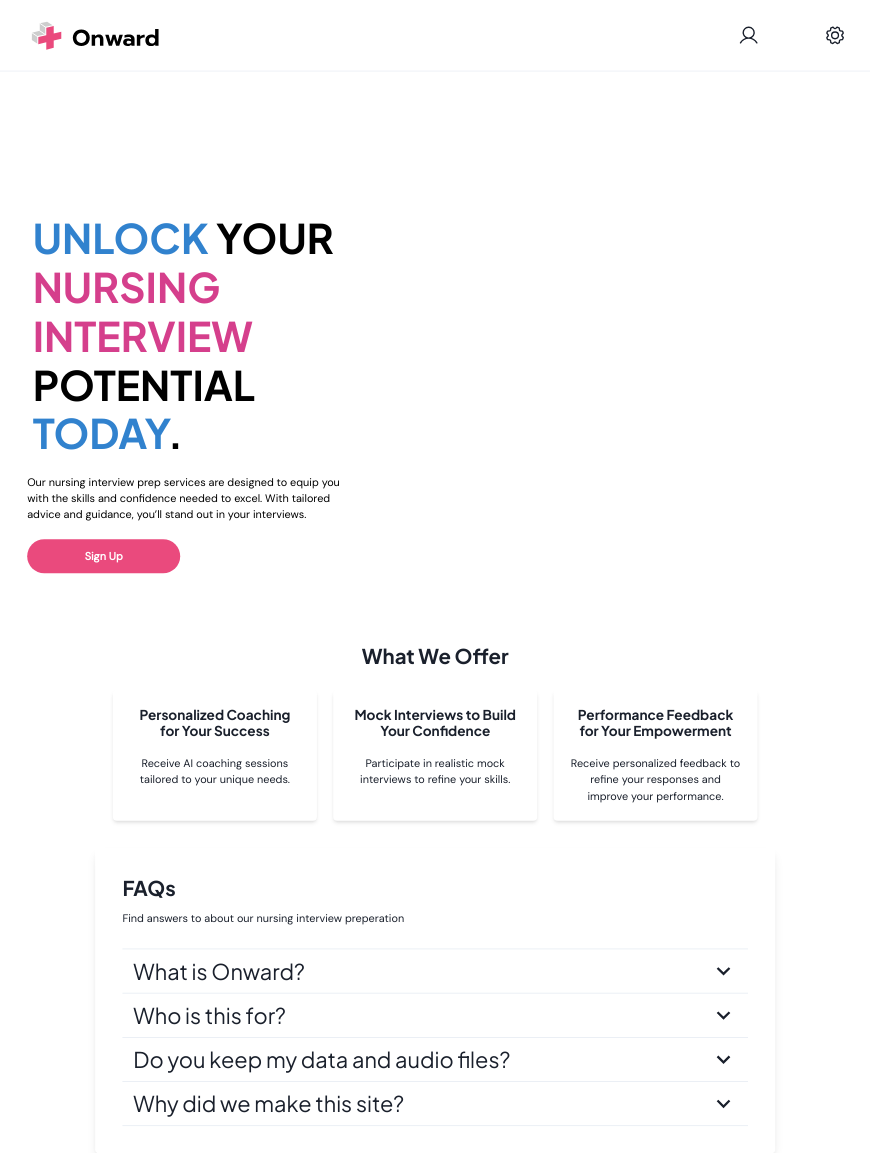
Repository: Aladdin3r/onward
Page: /landing-page
These files come from the project's save history. The page is drawn as it stood at one moment and after the next save; the edit follows.
The browser window is 1280 px wide. The pictures show the whole page, at 68% of full size.
The project was rebuilt for these pictures with package versions that can differ from the ones it lists, and the page was loaded fresh each time. The framework's server and built-in components were replaced by stand-ins that run in the browser. Also part of the build but not shown: next.config.mjs, styles/components/AppTopNav.js, styles/components/Layout.js.

Above is the page before, as saved 2024-10-29 02:14:16.

After the next save:
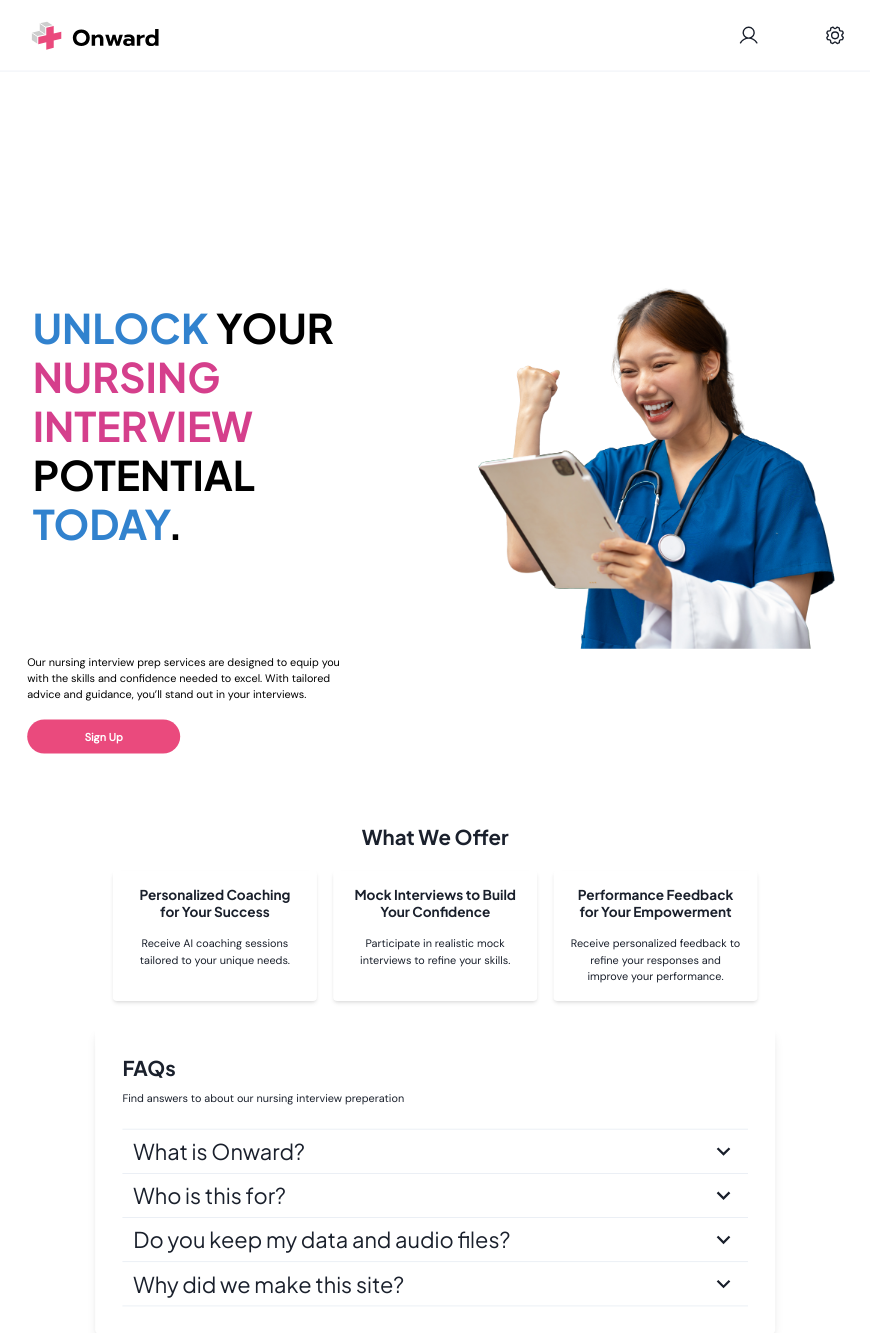
Saved 4 s later.
--- a/pages/landing-page.js
+++ b/pages/landing-page.js
@@ -59,7 +59,13 @@ export default function Home() {
                     </Heading>
 
                     <Box width="45%">
-
+                        <Image
+                            src="/images/ipad-nurse.png"
+                            alt="IPad Nurse"
+                            width="100%"       // Set to 100% for responsiveness within the container
+                            height="auto"       // Auto height to keep the image aspect ratio
+                            objectFit="cover"   // Cover to maintain proportions without distortion
+                        />
                     </Box>
                 </Flex>
 
